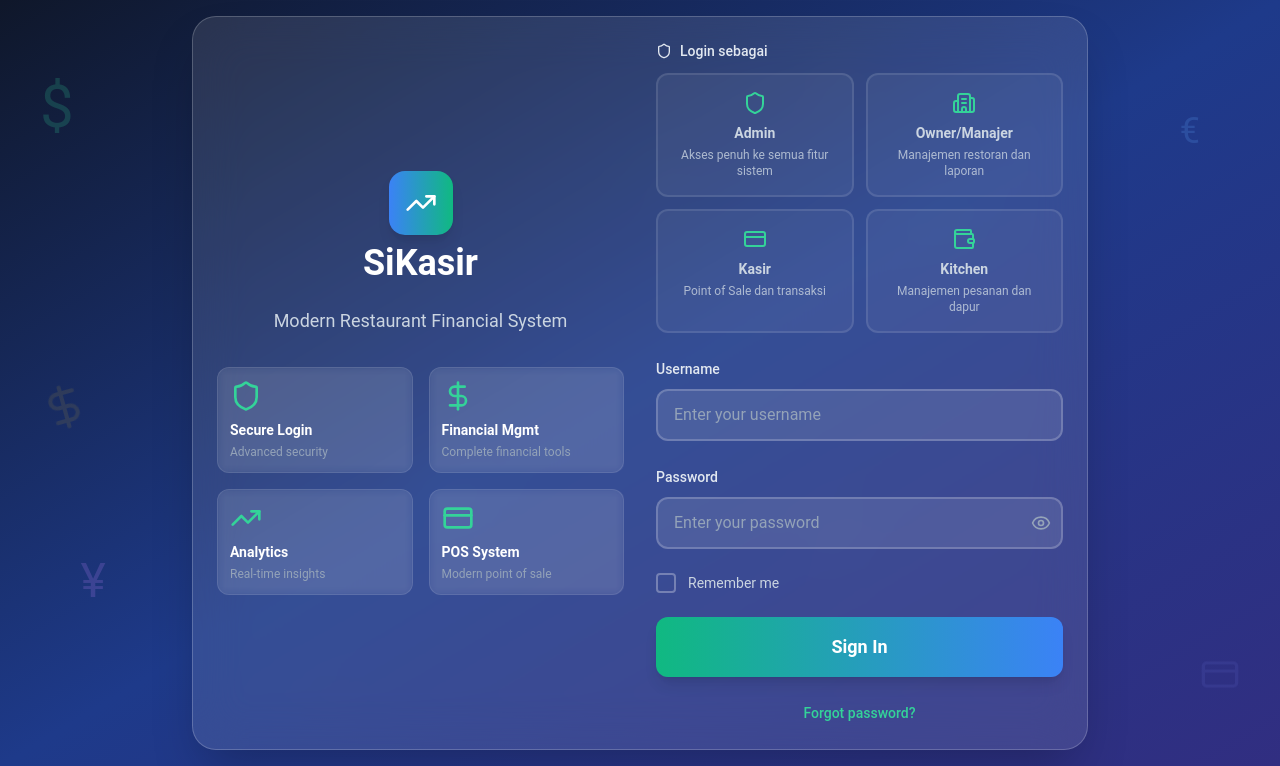
Repository: luthfirf17/SiKasir
Page: / (app in frontend/)
The author's editor kept a copy of each file at every save. The page is drawn from the files as they stood at one save, then again after the next save.
The browser window is 1280 px wide. The pictures show the whole page.
The page's requests for data from a server got no answer. The project was rebuilt for these pictures with package versions that can differ from the ones it lists, and the page was loaded fresh each time. No one was signed in, and anything a server would have sent is missing. Also part of the build but not shown: frontend/src/modules/admin/config/navigationConfig.ts, frontend/src/modules/admin/components/ModernAdminNavigation.tsx, frontend/src/modules/admin/components/AdminNavbar.tsx, frontend/src/modules/admin/layouts/AdminLayout.tsx, frontend/src/modules/admin/pages/DashboardPage.tsx, frontend/src/services/MenuService.ts, frontend/src/utils/menuDataConverter.ts, frontend/src/hooks/useMenuData.ts and 19 more.

Above is the page before, as saved 2025-09-25 17:37:05.

After the next save:
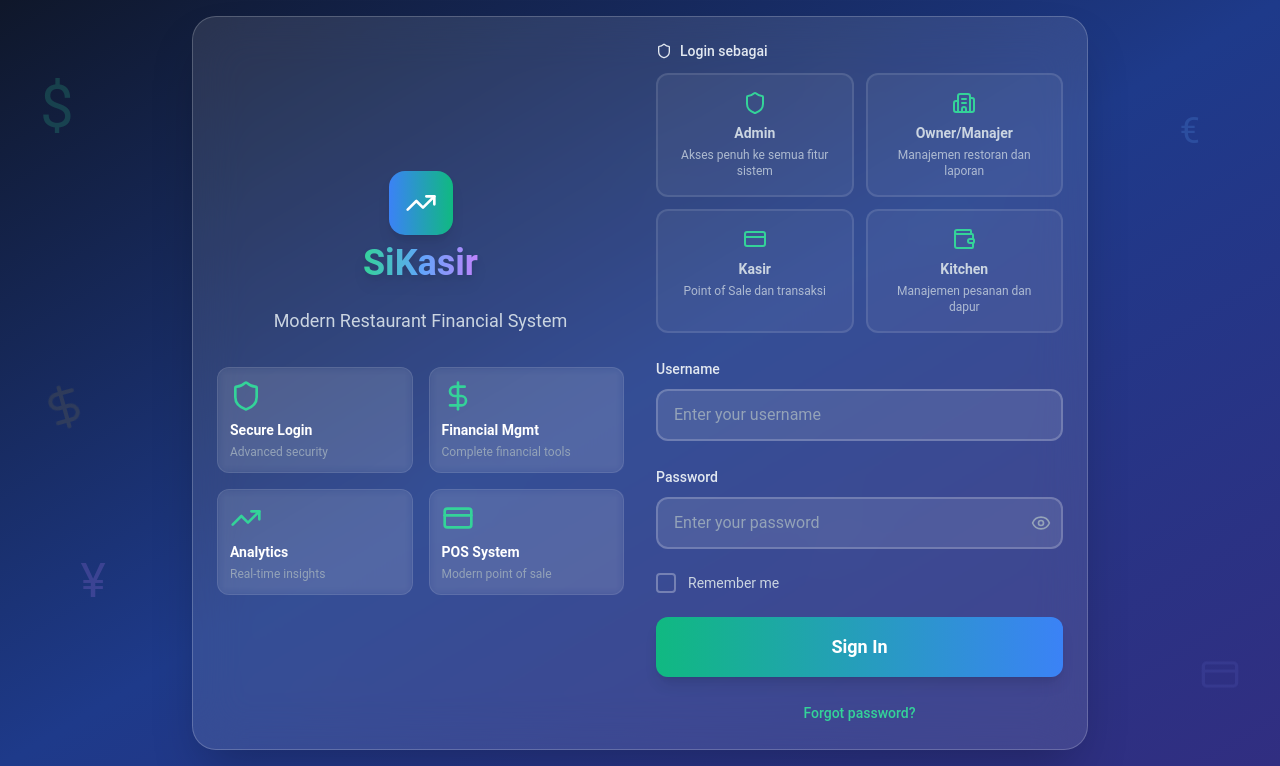
Saved 2 min 9 s later.
--- a/frontend/src/pages/LoginPage.tsx
+++ b/frontend/src/pages/LoginPage.tsx
@@ -203,7 +203,7 @@ const LoginPage = () => {
                   <div className="p-4 bg-gradient-to-r from-blue-500 to-emerald-500 rounded-2xl shadow-lg transform hover:scale-110 transition-transform duration-300">
                     <TrendingUp className="h-8 w-8 text-white" />
                   </div>
-                  <h1 className="text-3xl lg:text-4xl font-bold text-white text-center">
+                  <h1 className="text-3xl lg:text-4xl font-bold text-center bg-gradient-to-r from-emerald-400 via-blue-400 to-purple-400 bg-clip-text text-transparent drop-shadow-lg hover:from-emerald-300 hover:via-blue-300 hover:to-purple-300 transition-all duration-500">
                     SiKasir
                   </h1>
                 </div>
